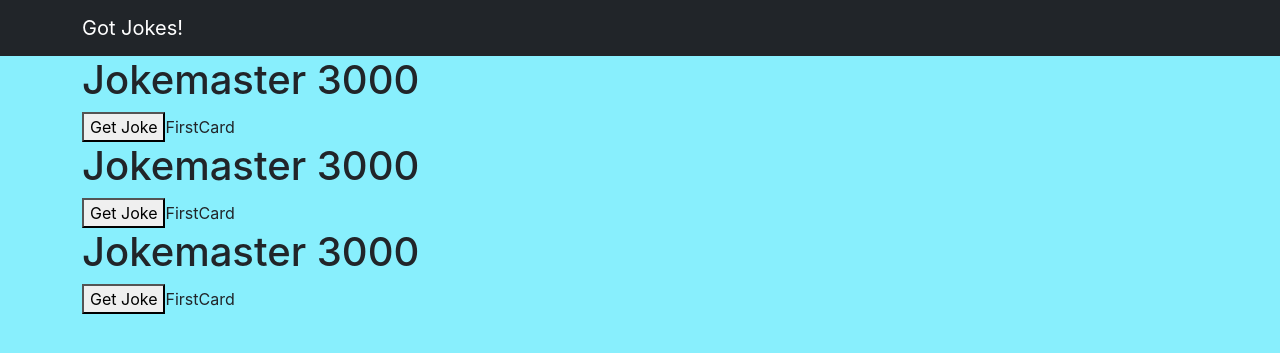
Repository: jontslater/LAB-joke-generator-react
Page: /
The author's editor kept a copy of each file at every save. The page is drawn from the files as they stood at one save, then again after the next save.
The browser window is 1280 px wide. The pictures show the whole page.
The project was rebuilt for these pictures with package versions that can differ from the ones it lists, and the page was loaded fresh each time. The framework's server and built-in components were replaced by stand-ins that run in the browser. Also part of the build but not shown: next.config.js.

Above is the page before, as saved 2024-01-12 16:17:02.

### pages/_app.js
/* eslint-disable react/prop-types */
import 'bootstrap/dist/css/bootstrap.min.css';
import '../styles/globals.css';
import NavBar from '../components/NavBar';

function MyApp({ Component, pageProps }) {
  return (
    <>
      <NavBar />
      <div className="container">
        <Component {...pageProps} />
      </div>
    </>
  );
}

export default MyApp;

### pages/index.js
import React from 'react';
import Jokes from '../components/Jokes';

function Home() {
  return (
    <>
      <Jokes />
      <Jokes />
      <Jokes />
    </>
  );
}

export default Home;

### components/NavBar.js
/* eslint-disable jsx-a11y/anchor-is-valid */
import React from 'react';
import Link from 'next/link';
import {
  Navbar, Container, Nav,
} from 'react-bootstrap';

export default function NavBar() {
  return (
    <Navbar collapseOnSelect expand="lg" bg="dark" variant="dark">
      <Container>
        <Link passHref href="/">
          <Navbar.Brand>Got Jokes!</Navbar.Brand>
        </Link>
        <Navbar.Toggle aria-controls="responsive-navbar-nav" />
        <Navbar.Collapse id="responsive-navbar-nav">
          <Nav className="me-auto">
            {/* CLOSE NAVBAR ON LINK SELECTION: https://stackoverflow.com/questions/72813635/collapse-on-select-react-bootstrap-navbar-with-nextjs-not-working */}
            {/* <Link passHref href="/">
              <Nav.Link>Home</Nav.Link>
            </Link> */}
          </Nav>
        </Navbar.Collapse>
      </Container>
    </Navbar>
  );
}

### components/Jokes.js
import { useState } from 'react';

function Jokes(title) {
  const [jokes, setJokes] = useState('FirstCard');

  function getJokes() {
    fetch('https://v2.jokeapi.dev/joke/Programming?safe-mode&type=twopart')
      .then((response) => response.json())
      .then((data) => {
        setJokes(data);
      });
  }

  return (
    <>
      <h1>Jokemaster 3000</h1>
      <button type="button" onClick={(getJokes)}> Get Joke </button>
      {jokes}
    </>
  );
}

export default Jokes;

Loaded but not shown: styles/globals.css (common file)

After the next save:
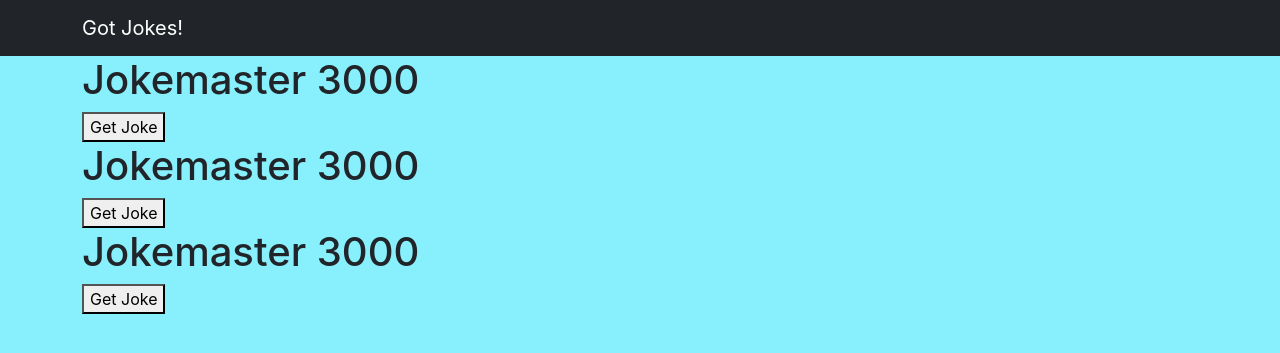
Saved 15 s later.
--- a/components/Jokes.js
+++ b/components/Jokes.js
@@ -15,7 +15,7 @@ function Jokes(title) {
     <>
       <h1>Jokemaster 3000</h1>
       <button type="button" onClick={(getJokes)}> Get Joke </button>
-      {jokes}
+      {jokes.setup}
     </>
   );
 }
